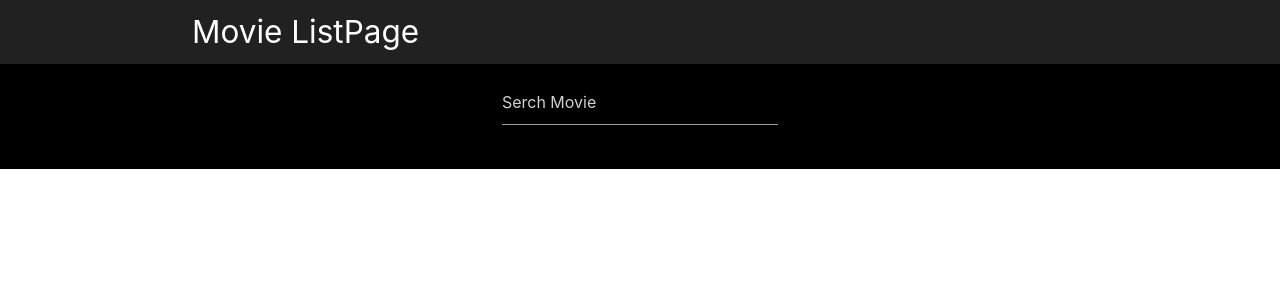
Repository: Reiya-1003/React-Ts-Node-App
Page: /
The author's editor kept a copy of each file at every save. The page is drawn from the files as they stood at one save, then again after the next save.
The browser window is 1280 px wide. The pictures show the whole page.
The page's requests for data from a server got no answer. The project was rebuilt for these pictures with package versions that can differ from the ones it lists, and the page was loaded fresh each time. A package was used in the major version that the imports need, not the one package.json lists. No one was signed in, and anything a server would have sent is missing. Also part of the build but not shown: src/Styles.module.css, src/components/Detail.tsx.

Above is the page before, as saved 2021-11-18 11:10:58.

### public/index.html
<!DOCTYPE html>
<html lang="en">
  <head>
    <meta charset="utf-8" />
    <link rel="icon" href="%PUBLIC_URL%/favicon.ico" />
    <meta name="viewport" content="width=device-width, initial-scale=1" />
    <meta name="theme-color" content="#000000" />
    <meta
      name="description"
      content="Web site created using create-react-app"
    />
    <link rel="apple-touch-icon" href="%PUBLIC_URL%/logo192.png" />
    <!--
      manifest.json provides metadata used when your web app is installed on a
      user's mobile device or desktop. See https://developers.google.com/web/fundamentals/web-app-manifest/
    -->
    <link rel="manifest" href="%PUBLIC_URL%/manifest.json" />
    <link
      rel="stylesheet"
      href="https://cdnjs.cloudflare.com/ajax/libs/materialize/1.0.0/css/materialize.min.css"
    />
    <!--
      Notice the use of %PUBLIC_URL% in the tags above.
      It will be replaced with the URL of the `public` folder during the build.
      Only files inside the `public` folder can be referenced from the HTML.

      Unlike "/favicon.ico" or "favicon.ico", "%PUBLIC_URL%/favicon.ico" will
      work correctly both with client-side routing and a non-root public URL.
      Learn how to configure a non-root public URL by running `npm run build`.
    -->
    <title>React App</title>
  </head>
  <body>
    <noscript>You need to enable JavaScript to run this app.</noscript>
    <div id="root"></div>
    <!--
      This HTML file is a template.
      If you open it directly in the browser, you will see an empty page.

      You can add webfonts, meta tags, or analytics to this file.
      The build step will place the bundled scripts into the <body> tag.

      To begin the development, run `npm start` or `yarn start`.
      To create a production bundle, use `npm run build` or `yarn build`.
    -->
  </body>
</html>

### src/index.tsx
import React from "react";
import ReactDOM from "react-dom";

import App from "./components/App";

import reportWebVitals from "./reportWebVitals";

interface Props {
  sum: number;
  per: number;
  onChange: (e: { page: number }) => void;
}

ReactDOM.render(
  <React.StrictMode>
    <App />
  </React.StrictMode>,
  document.getElementById("root")
);

// If you want to start measuring performance in your app, pass a function
// to log results (for example: reportWebVitals(console.log))
// or send to an analytics endpoint. Learn more: https://bit.ly/CRA-vitals
reportWebVitals();

### src/components/App.tsx
import React, { createContext, useState } from "react";
import Nav from "./Nav";
import Seathbox from "./Searthbox";
import Detail from "./Detail";
import {
  BrowserRouter as Router,
  Switch,
  Route,
  BrowserRouter,
} from "react-router-dom";

export const MovieContext = createContext<any>([]);
export const SerchContext = createContext<any>("");
export const TotalContext = createContext<any>(0);
export const CurrentContext = createContext<any>(1);

interface Props {
  sum?: number;
  per?: number;
  onChange?: (e: { page: number }) => void;
}

export const App: React.FC<Props> = (props) => {
  const [movies, setMovies] = useState<any>([]);
  const [searchTerm, setSearchterm] = useState<any>("");
  const [totalResulte, setTotal] = useState<any>(0);
  const [currentPage, setCurrent] = useState<any>(1);

  const handlePaginate = (page: number) => {
    fetch(
      `https://api.themoviedb.org/3/search/movie?api_key=78eb03987f34d05d918381d81d8257fe&language=ja-JA&page=1&query=${searchTerm}&page=${page}`
    )
      .then((data) => data.json())
      .then((data) => {
        console.log(data);
        const newResult = data.results;
        const newCurrent = page;
        setMovies(newResult);
        setCurrent(newCurrent);
      });
  };

  return (
    <div className="App" style={{ backgroundColor: "black" }}>
      <Router>
        <Nav />
        <Switch>
          <MovieContext.Provider value={movies}>
            <SerchContext.Provider value={searchTerm}>
              <TotalContext.Provider value={totalResulte}>
                <CurrentContext.Provider value={currentPage}>
                  <Route path="/" exact component={Seathbox} />
                  <Route path="/detail/:item_id" exact component={Detail} />
                </CurrentContext.Provider>
              </TotalContext.Provider>
            </SerchContext.Provider>
          </MovieContext.Provider>
        </Switch>
      </Router>
    </div>
  );
};

export default App;

### src/components/Nav.tsx
import React from "react";

const Nav = () => {
  return (
    <nav className="grey darken-4">
      <div className=".nav-wrapper container">
        <a href="" className="brand-logo">
          Movie ListPage
        </a>
      </div>
    </nav>
  );
};

export default Nav;

### src/components/Searthbox.tsx
import React, { useContext, useState, useEffect } from "react";
import {
  BrowserRouter as Router,
  Route,
  Link,
  Switch,
  useHistory,
  useParams,
} from "react-router-dom";
import {
  MovieContext,
  SerchContext,
  CurrentContext,
  TotalContext,
} from "./App";

import MuiPagination from "@material-ui/lab/Pagination";
import { withStyles } from "@material-ui/core/styles";

const Searthbox = ({ pageContext }: any) => {
  let Movie = useContext(MovieContext); //映画のコンテキスト
  const Search = useContext(SerchContext); //検索ボックス用のコンテキスト
  const [movies, setMovies] = useState<any>({}); //検索したワードの映画の表示に使う
  const [firstList, setFirstList] = useState<any>([]); //最初にアクセスした画面の映画の表示
  const [searchTerm, setSearchterm] = useState<string>(); //検索ワードが入る

  let [pageLinks, setLinks]: any = useState([]); //検索結果の映画のトータルページを数える
  const IMG_PATH = "https://image.tmdb.org/t/p/w1280"; //映画の画像のパスに使う
  const [page, setPage] = useState(1); //ページの個数を保存するその数だけページングを作る

  let newListItem = [];

  useEffect(() => {
    fetch(
      "https://api.themoviedb.org/3/movie/now_playing?api_key=78eb03987f34d05d918381d81d8257fe&language=ja&page=1"
    )
      .then((response) => {
        return response.json();
      })
      .then((firstdata) => {
        //取得したJSONデータの処理
        const newFirstlist = firstdata.results;
        setFirstList(newFirstlist);
        console.log(firstdata.results);
        console.log(firstList);
        Movie.push(newFirstlist);
      })
      .catch((error) => {
        //エラー発生時の処理
        console.log("error");
      });
  }, []); //最初に出てくる映画のリスト（時期によって変わる）

  const handleSubmit = (e: React.FormEvent<HTMLFormElement>) => {
    e.preventDefault();

    fetch(
      `https://api.themoviedb.org/3/search/movie?api_key=78eb03987f34d05d918381d81d8257fe&language=ja-JA&page=1&query=${searchTerm}`
    )
      .then((data) => data.json())
      .then((data) => {
        console.log(data);
        const newResult = data.results;

        setMovies(newResult);

        console.log(movies);
        Movie.shift();
        Movie.push(data.results);
        let newLinks = [];

        for (let i = 0; i < data.total_pages; i++) {
          newLinks.push(i + 1);
        }
        setLinks(newLinks);
        console.log(data.total_pages);
      });
  }; //検索するときのonSbmit

  const handleChange = (e: string | any) => {
    const newSerch = e.target.value;
    setSearchterm(newSerch);
    console.log(searchTerm);
  }; //入力した単語をserchTerm（検索ワード）にセットするonChange

  const handleChangePage = (
    event: React.ChangeEvent<unknown>,
    value: number
  ) => {
    event.preventDefault();
    const newValue = value;
    setPage(newValue);
    console.log(newValue); //リアルタイムでページ番号
    fetch(
      `https://api.themoviedb.org/3/search/movie?api_key=78eb03987f34d05d918381d81d8257fe&language=ja-JA&page=1&query=${searchTerm}&page=${newValue}`
    )
      .then((data) => data.json())
      .then((data) => {
        console.log(data);
        const newResult = data.results;

        Movie.shift();
        Movie.push(newResult);
        console.log(Movie[0]);
      });
  }; //ページ番号ごとの映画を表示するonChange

  return (
    // 検索ボックス
    <div className="container">
      <div className="row">
        <section className="col s4 offset-s4">
          <form action="" onSubmit={handleSubmit}>
            <div className="input-field">
              <input
                placeholder="Serch Movie"
                type="text"
                onChange={handleChange}
              />
            </div>
          </form>
        </section>
      </div>
      {/* 映画の一覧（２０件分）  */}
      <div className="container">
        <div className="row">
          <div className="col s12">
            {Movie.length === 0
              ? firstList.map((list: any, i: any) => {
                  return (
                    <div className="col s12 m6 l3" key={i}>
                      <div className="card">
                        <div className="card-image waves-effect waves-block waves-light">
                          <img
                            src={IMG_PATH + list.poster_path}
                            alt="card image"
                            style={{ width: "100%", height: 360 }}
                          ></img>
                        </div>
                        <div className="card-content">
                          <p>
                            <Link to={`/detail/${list.id}`}>View Details</Link>
                          </p>
                        </div>
                      </div>
                    </div>
                  );
                })
              : Movie[0].map((list: any, i: any) => {
                  return (
                    <div className="col s12 m6 l3" key={i}>
                      <div className="card">
                        <div className="card-image waves-effect waves-block waves-light">
                          <img
                            src={IMG_PATH + list.poster_path}
                            alt="card image"
                            style={{ width: "100%", height: 360 }}
                          ></img>
                        </div>
                        <div className="card-content">
                          <p>
                            <Link to={`/detail/${list.id}`}>View Details</Link>
                          </p>
                        </div>
                      </div>
                    </div>
                  );
                })}
          </div>
        </div>
      </div>
      {/* ページネーション */}
      <div>
        {Movie.length === 0 ? (
          <p></p>
        ) : (
          <div>
            <MuiPagination
              count={pageLinks.length}
              page={page}
              variant="outlined"
              color="primary"
              onChange={handleChangePage}
            />
            {/* <p>page：{page}</p> */}
          </div>
        )}
      </div>
    </div>
  );
};

export default Searthbox;

Loaded but not shown: src/reportWebVitals.ts (common file)

After the next save:
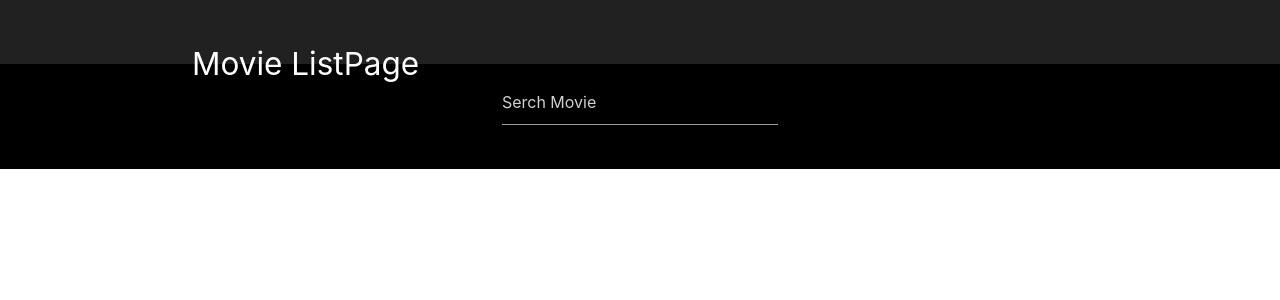
Saved 52 s later.
--- a/src/components/Nav.tsx
+++ b/src/components/Nav.tsx
@@ -5,7 +5,7 @@
     <nav className="grey darken-4">
       <div className=".nav-wrapper container">
         <a href="" className="brand-logo">
-          Movie ListPage
+          <p>Movie ListPage</p>
         </a>
       </div>
     </nav>

After the save that followed:
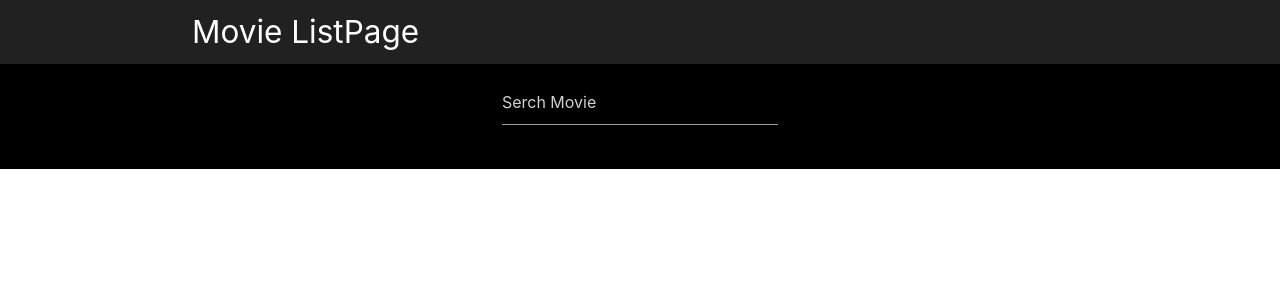
Saved 16 s later.
--- a/src/components/Nav.tsx
+++ b/src/components/Nav.tsx
@@ -5,7 +5,7 @@
     <nav className="grey darken-4">
       <div className=".nav-wrapper container">
         <a href="" className="brand-logo">
-          <p>Movie ListPage</p>
+          Movie ListPage
         </a>
       </div>
     </nav>
